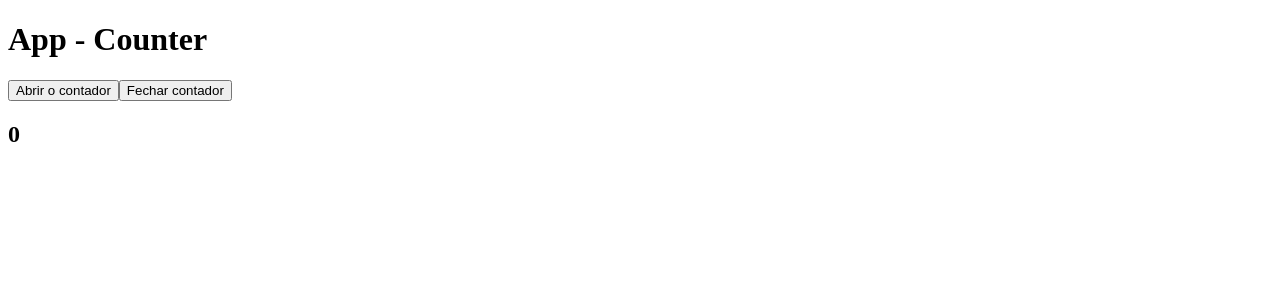
Repository: AlanRei/Counter
Page: /
These files come from the project's save history. The page is drawn as it stood at one moment and after the next save; the edit follows.
The browser window is 1280 px wide. The pictures show the whole page.
The project was rebuilt for these pictures with package versions that can differ from the ones it lists, and the page was loaded fresh each time. The framework's server and built-in components were replaced by stand-ins that run in the browser. Also part of the build but not shown: next.config.js.

Above is the page before, as saved 2021-12-15 11:50:29.

### src/pages/index.js
import Head from 'next/head'
import { useState } from 'react'

export default function Home() {
  const [isOpen, setIsOpen] = useState(false)
  const [counter, setCounter] = useState(0)

  const handleOpenCounter = () => {
    setIsOpen(true)
  }

  const handleAddCounter = () => {
    setCounter(counter + 1)
  }

  return (
    <>
      <Head>
        <title>App - Counter</title>
      </Head>
      <h1>App - Counter</h1>
      <button onClick={handleOpenCounter}>Abrir o contador</button>
      {isOpen && (
        <button onClick={handleAddCounter}>Adicionar ao contador</button>
      )}
      <button onClick={handleOpenCounter}>Fechar contador</button>
      <h2>{counter}</h2>
    </>
  )
}

Loaded but not shown: src/pages/_app.js (common file)

After the next save:
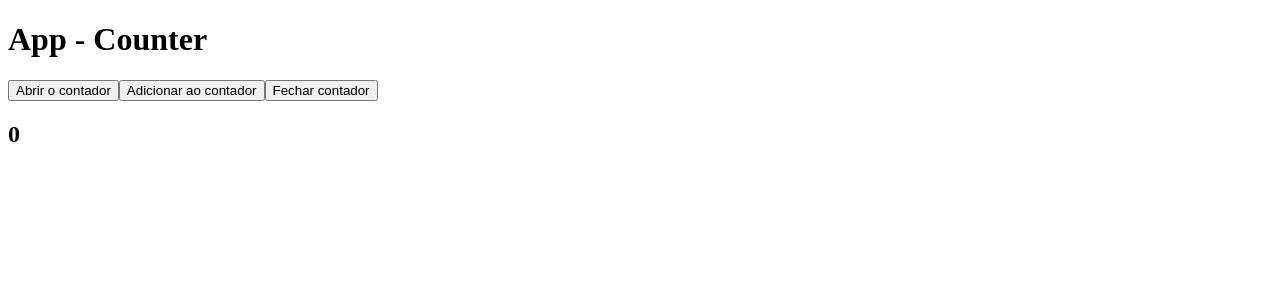
Saved 3 min 36 s later.
--- a/src/pages/index.js
+++ b/src/pages/index.js
@@ -2,7 +2,7 @@
 import { useState } from 'react'
 
 export default function Home() {
-  const [isOpen, setIsOpen] = useState(false)
+  const [isOpen, setIsOpen] = useState(true)
   const [counter, setCounter] = useState(0)
 
   const handleOpenCounter = () => {
@@ -24,6 +24,7 @@
         <button onClick={handleAddCounter}>Adicionar ao contador</button>
       )}
       <button onClick={handleOpenCounter}>Fechar contador</button>
+
       <h2>{counter}</h2>
     </>
   )

After the save that followed:
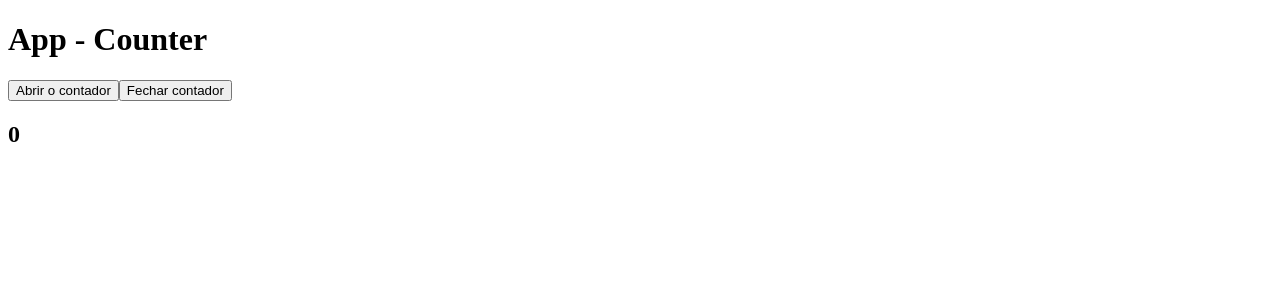
Saved 6 s later.
--- a/src/pages/index.js
+++ b/src/pages/index.js
@@ -2,7 +2,7 @@
 import { useState } from 'react'
 
 export default function Home() {
-  const [isOpen, setIsOpen] = useState(true)
+  const [isOpen, setIsOpen] = useState(false)
   const [counter, setCounter] = useState(0)
 
   const handleOpenCounter = () => {
